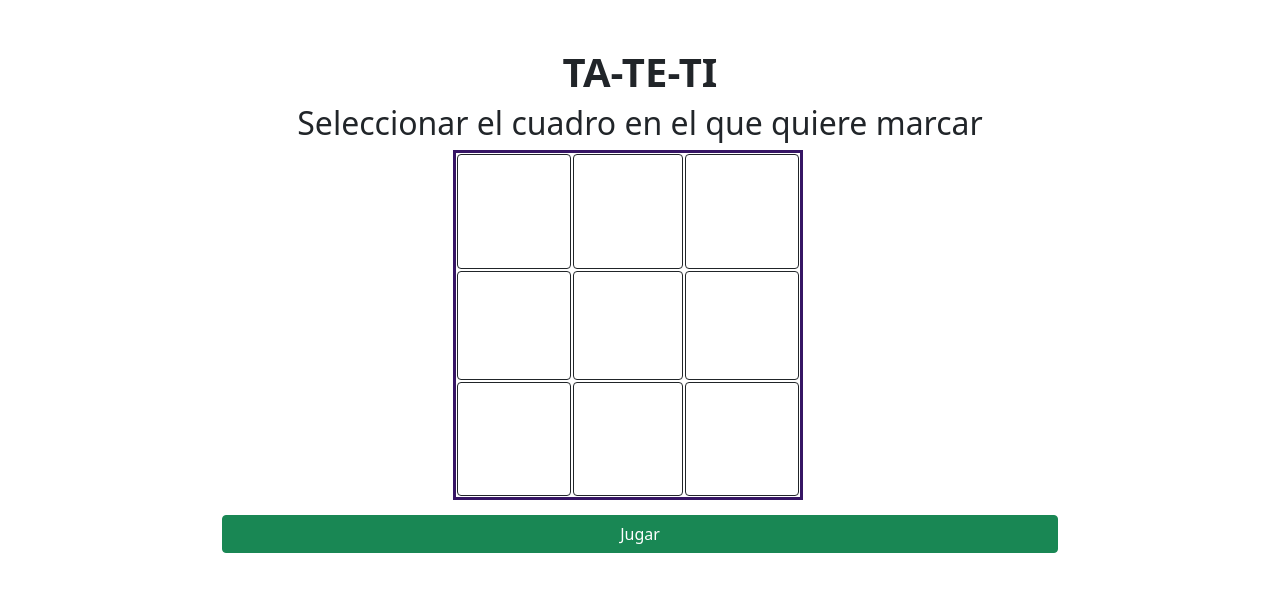
Repository: Lean97-start/TATETI
Page: Tateti.html
An editor plug-in stored every save of this project. The page is shown before and after a run of saves, followed by the edit.
The browser window is 1280 px wide. The pictures show the whole page.

Above is the page before, as saved 2021-07-11 23:19:13.
Console error: SyntaxError: Unexpected token ')'

After the next 3 saves:
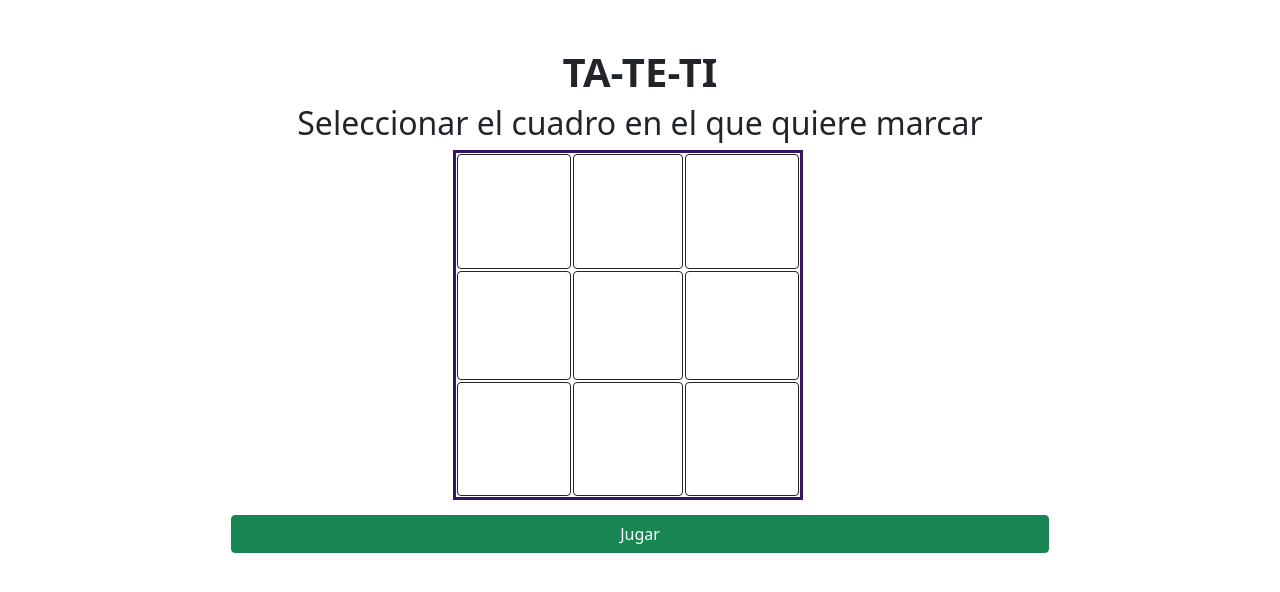
The 3 saves are shown as one change because they came seconds apart.
The last was saved 48 s later.
--- a/Tateti.html
+++ b/Tateti.html
@@ -32,7 +32,7 @@
                     </tr>
                 </table>
             </div>
-            <div class="row">
+            <div class="row-cols-1">
                 <div class="btn ">
                     <button type="button" class="btn btn-success my-1 w-75" id="btn-jugar">Jugar</button>
                 </div>

After the save that followed:
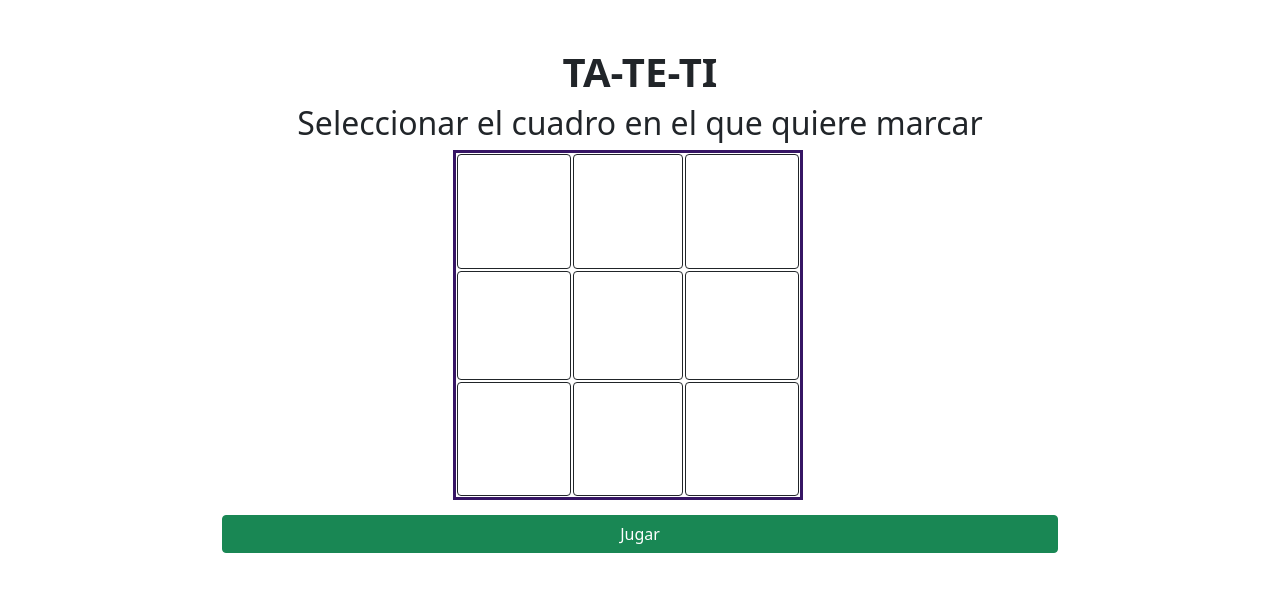
Saved 7 s later.
--- a/Tateti.html
+++ b/Tateti.html
@@ -32,7 +32,7 @@
                     </tr>
                 </table>
             </div>
-            <div class="row-cols-1">
+            <div class=" row row-cols-1">
                 <div class="btn ">
                     <button type="button" class="btn btn-success my-1 w-75" id="btn-jugar">Jugar</button>
                 </div>
